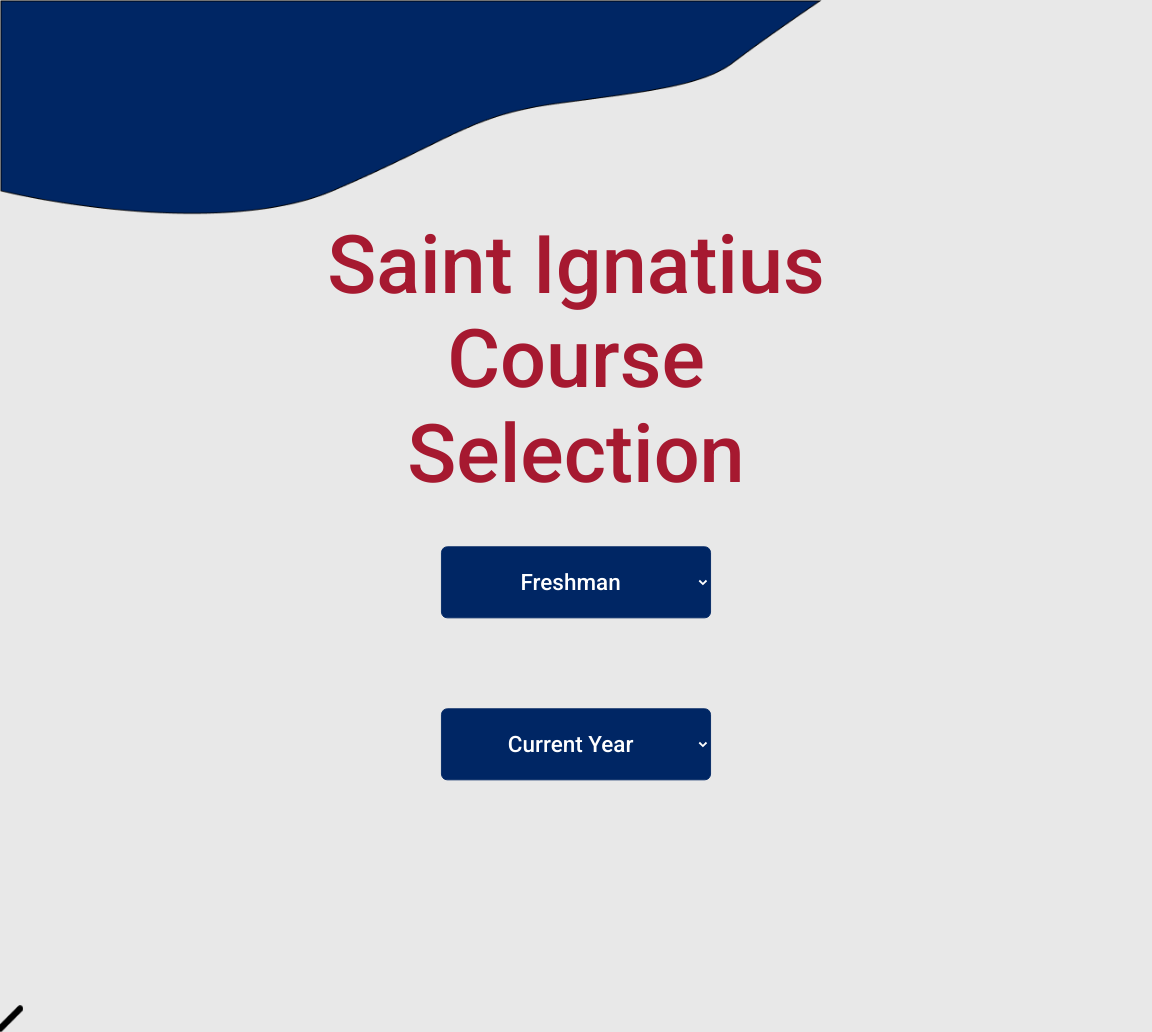
Repository: BuddyBob/si_course_selection
Page: /
The author's editor kept a copy of each file at every save. The page is drawn from the files as they stood at one save, then again after the next save.
The browser window is 1280 px wide. The pictures show the whole page, at 90% of full size.
The project was rebuilt for these pictures with package versions that can differ from the ones it lists, and the page was loaded fresh each time. Also part of the build but not shown: src/components/AllYears/YearOne.js, src/components/AllYears/YearTwo.js.

Above is the page before, as saved 2023-01-03 19:16:32.

After the next save:
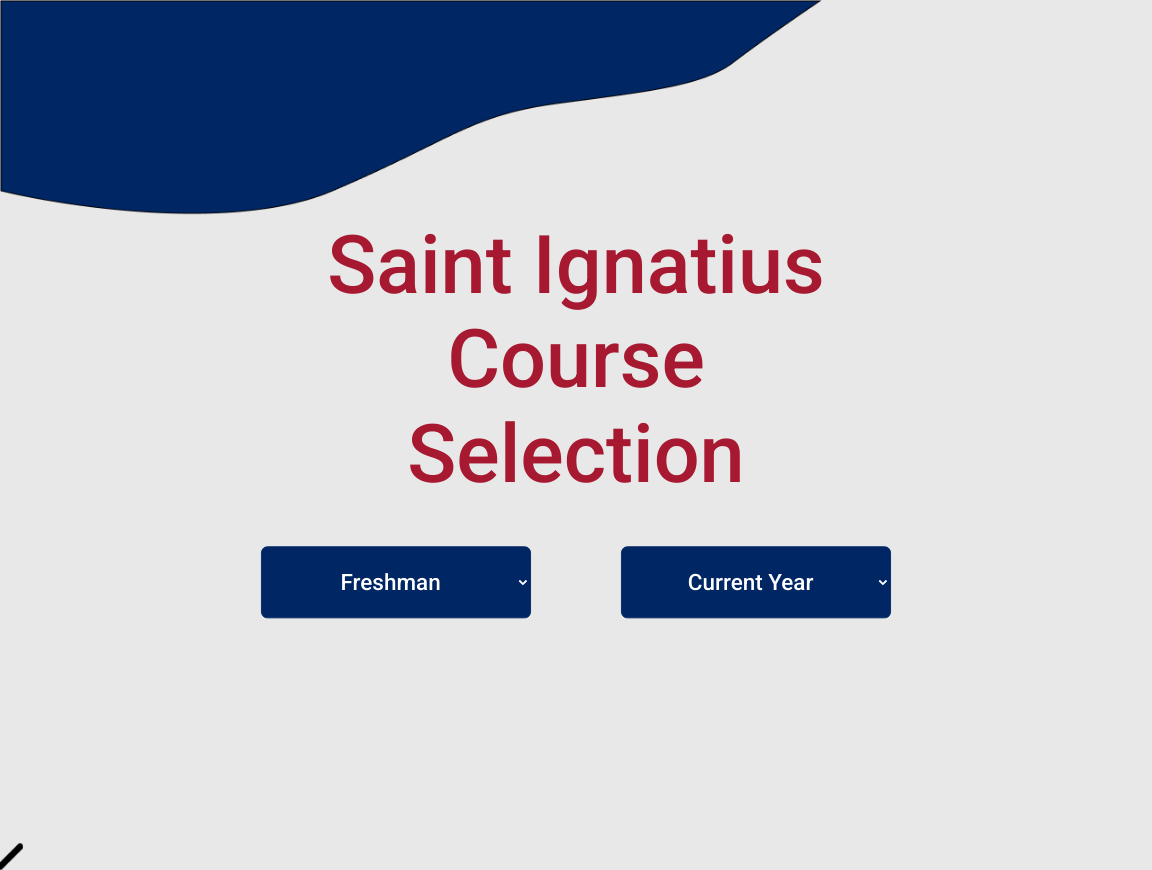
Saved 6 s later.
--- a/src/Home.js
+++ b/src/Home.js
@@ -22,17 +22,19 @@
       <div className="main-container">
         <h1 className="title">Saint Ignatius Course Selection</h1>
         <form className="pg1dd" onSubmit={(e) => formSubmit(e)}>
-            <select className="grade">
-                <option>Freshman</option>
-                <option>Sophomore </option>
-                <option>Junior</option>
-                <option>Senior</option>
-            </select>
+            <div className="sub-container">
+              <select className="grade">
+                  <option>Freshman</option>
+                  <option>Sophomore </option>
+                  <option>Junior</option>
+                  <option>Senior</option>
+              </select>
 
-            <select className="years">
-                <option>Current Year</option>
-                <option>All Years</option>
-            </select>
+              <select className="years">
+                  <option>Current Year</option>
+                  <option>All Years</option>
+              </select>
+            </div>
             <input type="image" src={arrow} alt="arrow1" className="arrow1 bounce" />
         </form>
 
